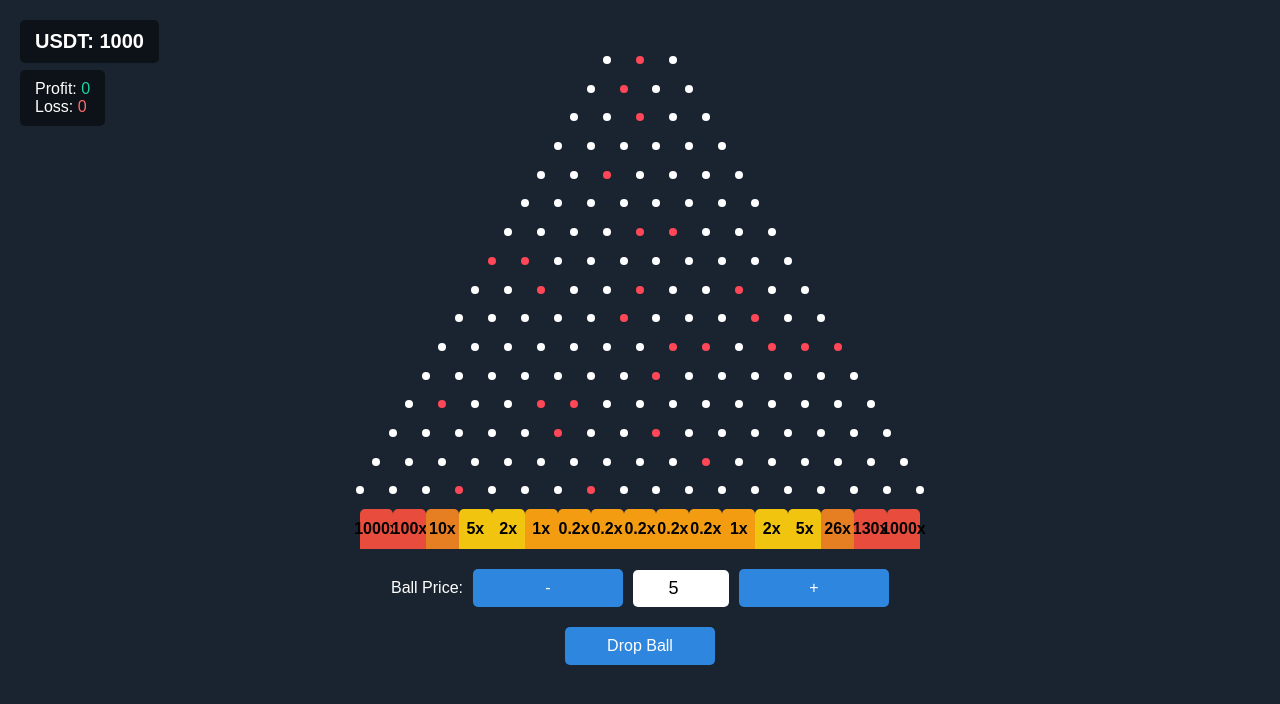
Repository: daffa-alif/PLINKO-JS
Page: plinko.html
These files come from the project's save history. The page is drawn as it stood at one moment and after a run of saves; the edit follows.
The browser window is 1280 px wide. The pictures show the whole page.

Above is the page before, as saved 2025-03-07 08:10:48.

After the next 3 saves:
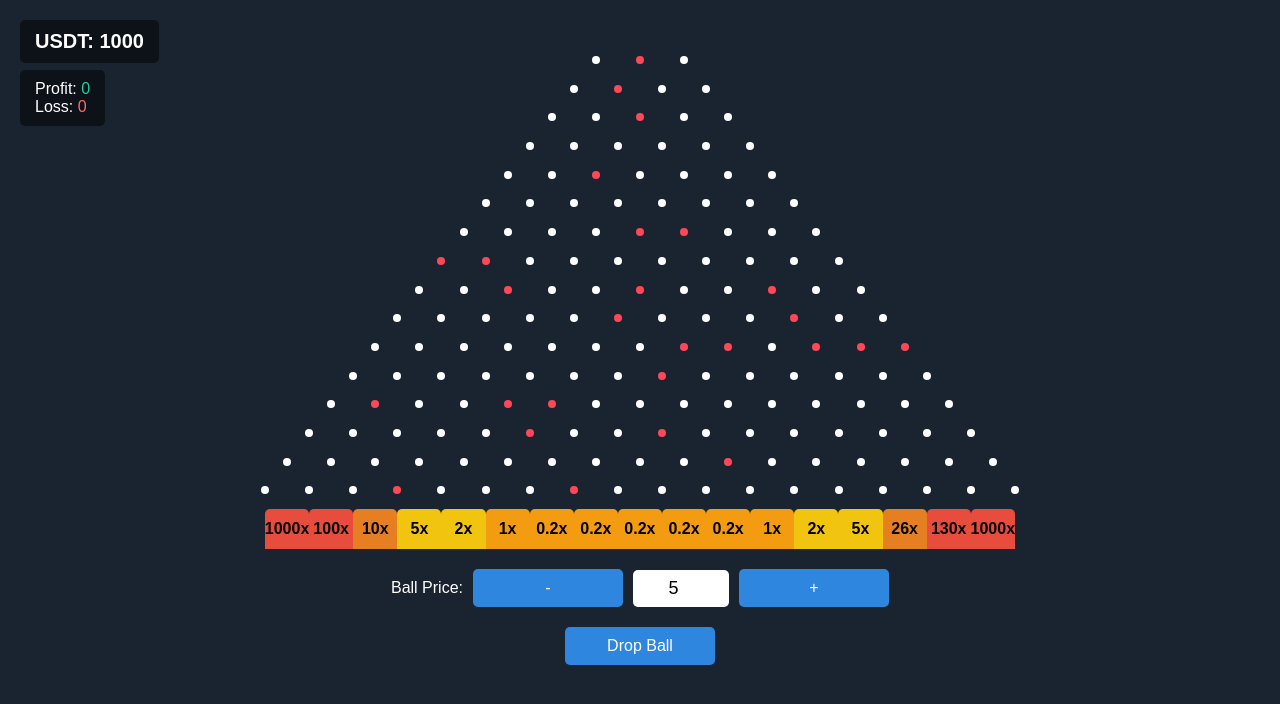
The 3 saves are shown as one change because they came seconds apart.
The last was saved 14 min 21 s later.
--- a/plinko.html
+++ b/plinko.html
@@ -214,7 +214,7 @@
             maxActiveBalls: 10,
             // Updated multipliers to match the image exactly
             multipliers: [1000, 100, 10, 5, 2, 1, 0.2, 0.2, 0.2, 0.2, 0.2, 1, 2, 5, 26, 130, 1000],
-            horizontalSpacingFactor: 1.12
+            horizontalSpacingFactor: 1.50
         };
 
         let balance = 1000;
